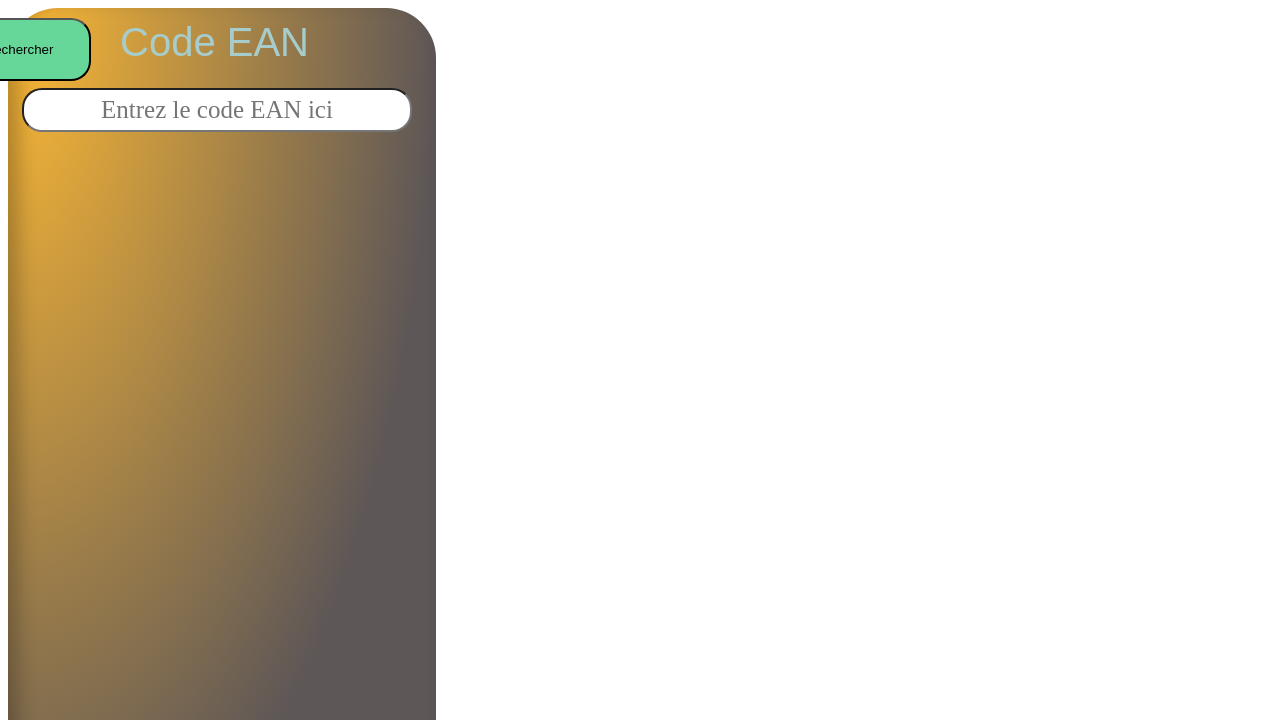
Repository: Zouz01/exo-toucan
Page: index.html
The author's editor kept a copy of each file at every save. The page is drawn from the files as they stood at one save, then again after the next save.
The browser window is 1280 px wide. The pictures show the whole page.

Above is the page before, as saved 2023-09-21 11:44:03.

### index.html
<!DOCTYPE html>
<html lang="fr">
<head>
    <meta charset="UTF-8">
    <meta name="viewport" content="width=device-width, initial-scale=1">
    <title>TOUCAN API</title>
    <link rel="stylesheet" type="text/css" href="main.css">
</head>
<body>
    <div class="container">
        <!-- Formulaire de recherche -->
        <form id="product-form" action="https://fr.openfoodfacts.org/api/v0/product/<<code_EAN_13>>" method="POST">
            <label for="code_ean">Code EAN </label>
            <input type="text" id="code_ean" name="code_ean" placeholder="Entrez le code EAN ici"><!-- Champ de saisie du code EAN -->
            <button type="submit" id="submit">Rechercher</button> <!-- Bouton de soumission du formulaire -->
        </form>

        <!-- Conteneur pour l'affichage de l'image et des informations -->
        <div><img id="img"></div>
        <div id="product-info"></div>
    </div>

    <!-- Inclusion du script JavaScript -->
    <script src="main.js"></script>
</body>
</html>

### main.css
body {
    font-family: Arial, sans-serif;

}

.container {
    width: 428px;
    height: 926px;
   position: fixed;
    text-align: center;

    background: radial-gradient(100% 100% at 0% 0%, #FFBA33 0%, #5e5757 100%);
   /* background: radial-gradient(100% 100% at 0% 0%, #A6A6A6 0.46%, #000000 78.06%);
    background: linear-gradient(167.94deg, #7AA77E 0%, #476F72 100%);*/

    opacity: 1.8;
    box-shadow: inset 10px -10px 20px rgba(0, 0, 0, 0.25);
    border-radius: 50px;
}

/* position ecriture label*/
label {

    top: 20px;
    font-size: 40px;
    color: rgb(167, 204, 204);
   left: 120px;
    position :fixed;



}
/*position img*/
#img {
    position: relative;
   border-radius: 20px;
   width: 20%;
   top: 600px;
}

/*position retour d'information produit*/
 #product-info {
    position: absolute;
    padding: 20px;
    color:rgb(171, 221, 205);
    top: 100px;

 }
h2 {
    font-size: xx-large;
    color: #7af3b1;
}
p{
    font-size: larger ;
}

/* Champ de saisie pour entrer le code EAN */
#code_ean {
    position: absolute;
   border-radius: 20px;
    width: 382px;
    height: 38px;
   right:24px ;
    top: 80px;
    font-family: 'Montserrat';
font-style: normal;
font-weight: 500;
font-size: 25px;
line-height: 30px;
text-align: center;

color: #0f0d0d;



}

/* Bouton de recherche */
button[type="submit"] {
    position: absolute;
    width: 144px;
    height: 63px;
  background-color: #67d699;
    top: 10px;
    border-radius: 20px;
    right: 345px;



}




/* styles pour les écrans plus grands */
/* @media (min-width: 900px) {
     .container {
        width: 1860px;
        height: 900px;
     }
        button[type="submit"] {
            position: absolute;
    width: 184px;
    height: 83px;
  background-color: #67d699;
    bottom: 50px;
    border-radius: 20px;
    right: 870px;
        }
        #code_ean {
            position: absolute;
           border-radius: 20px;
            width: 1382px;
            height: 68px;
           right:15% ;
            top: 80px;
            font-family: 'Montserrat';
        font-style: normal;
        font-weight: 500;
        font-size: 25px;
        line-height: 30px;
        text-align: center;
        color: #0f0d0d;

 }
 label {

    top: 20px;
    font-size: 40px;
    color: rgb(167, 204, 204);
   left: 800px;
    position :fixed;

}
#product-info {
    position: absolute;
    padding: 50px;
    color:rgb(171, 221, 205);
    top: 200px;
    left: 30%;

 }
 #img {
    position: relative;
   border-radius: 20px;
   max-width: 20%;
   max-height: 10%;
   top: 230px;
   right: 30%;
}
h2 {
    font-size: 50px;
    color: aqua;
}
p{
    font-size: 30px ;
}
} */

### main.js
const form = document.querySelector("#product-form"); //Interagit avec  HTML avec l'id "product-form"
const code_ean = document.querySelector("#code_ean"); //Interagit avec  HTML  avec l'id "code_ean"
const productInfo = document.querySelector("#product-info"); //Interagit avec  HTML avec l'id "les informations produits"
const img = document.querySelector("#img");  //Interagit avec  HTML avec l'id "les images"
const submit = document.querySelector("#submit");  //Interagit avec  HTML avec l'id "Boutton envoi"


submit.addEventListener("click", (e) => { // Ecouteur d'événement sur le bouton d'envoi qui écoute un événement de clic
    e.preventDefault();

    // validation du code
    if (code_ean.value.length !== 13) {
        alert("Le code EAN doit contenir 13 chiffres.");// Le script vérifie si la valeur du champ de saisie du code EAN comporte 13 caractères
        return;                                         // Sinon, il affiche une alerte indiquant que le code EAN doit contenir 13 chiffres.
    }else

// Si code correct alors ...
    // Récupére les informations du produit depuis l'API
    fetch("https://fr.openfoodfacts.org/api/v0/product/" + code_ean.value) //Méthode pour envoyer une requête GET à l'API
        .then((reponse) => reponse.json())   //  Convertit  la réponse de l'API en JSON
        .then((data) => {                    //  Pour accéder aux données.
            let product = data.product;
            img.src = product.image_url;


             //Affiche les informations sur le produit, ( avec innerHTML on definila source de l'éléments)
             productInfo.innerHTML =`
             <h2><b>Nom</b> : ${product.abbreviated_product_name}</h2>
             <p><b>Marque</b> : ${product.brands}</p>
             <p><b>Catégorie</b> : ${product.categories}</p>
             <p><b>Ingrédients</b> : ${product.ingredients_text}</p>`
             console.log (data)
        }); // ${} veut dire interpreter

});

   /*fecht veut dire aller chercher*/

After the next save:
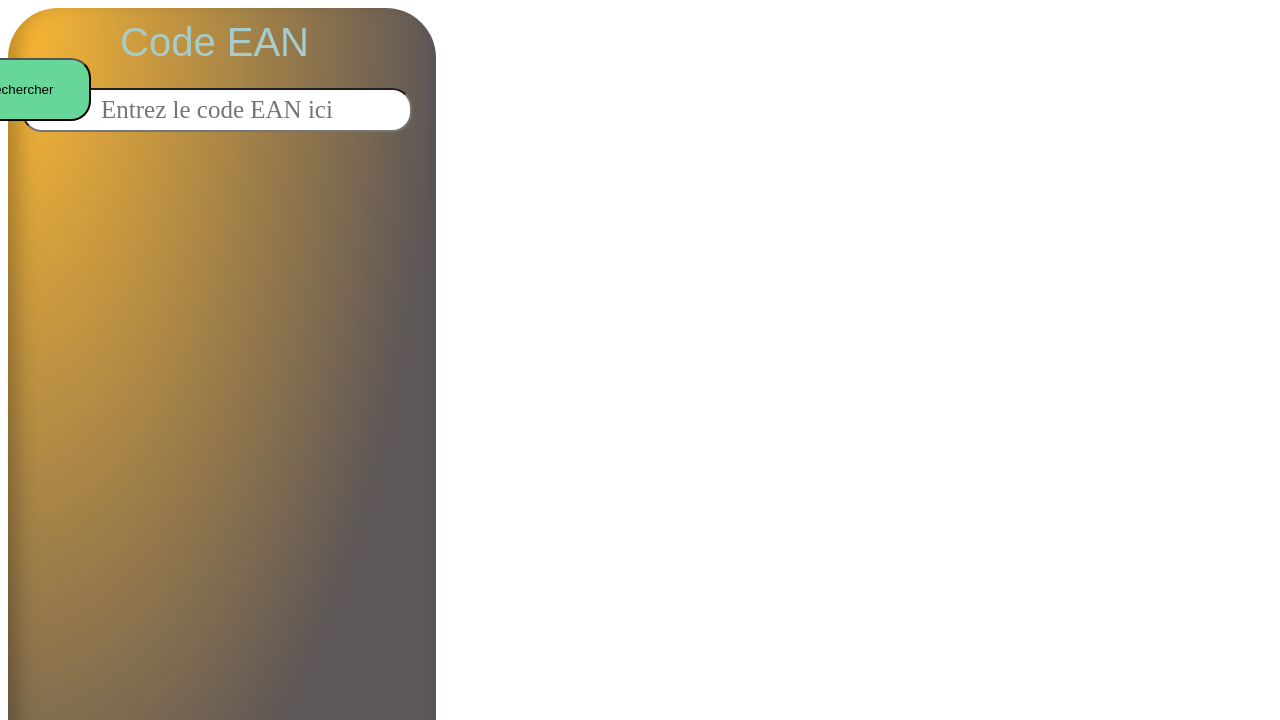
Saved 8 s later.
--- a/main.css
+++ b/main.css
@@ -81,7 +81,7 @@ button[type="submit"] {
     width: 144px;
     height: 63px;
   background-color: #67d699;
-    top: 10px;
+    top: 50px;
     border-radius: 20px;
     right: 345px;
 
